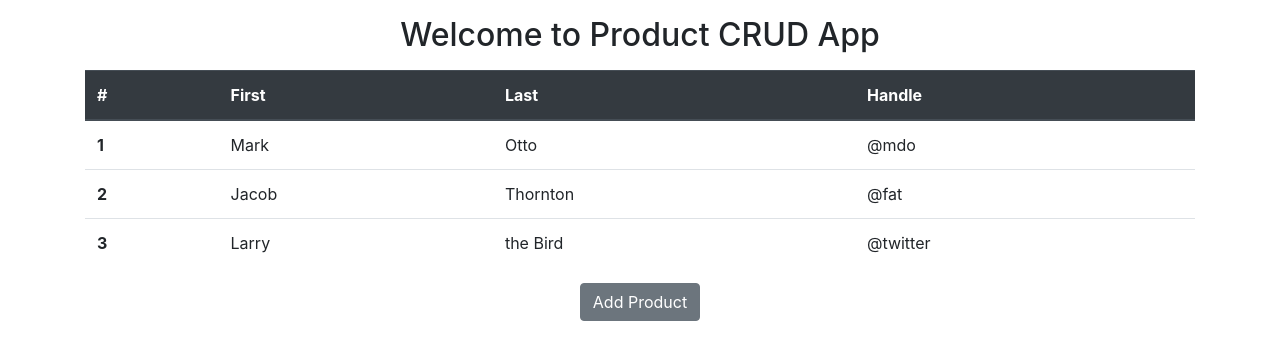
Repository: saroj789/Spring-Practice
Page: http://localhost/productcrudapp/WEB-INF/views/home.jsp
These files come from the project's save history. The page is drawn as it stood at one moment and after the next save; the edit follows.
The browser window is 1280 px wide. The pictures show the whole page.
The page is served by Tomcat 9. Nobody is signed in. The template is opened directly, without the code that normally fills it, so the values that code supplies are empty.

Above is the page before, as saved 2023-07-23 08:36:12.

After the next save:
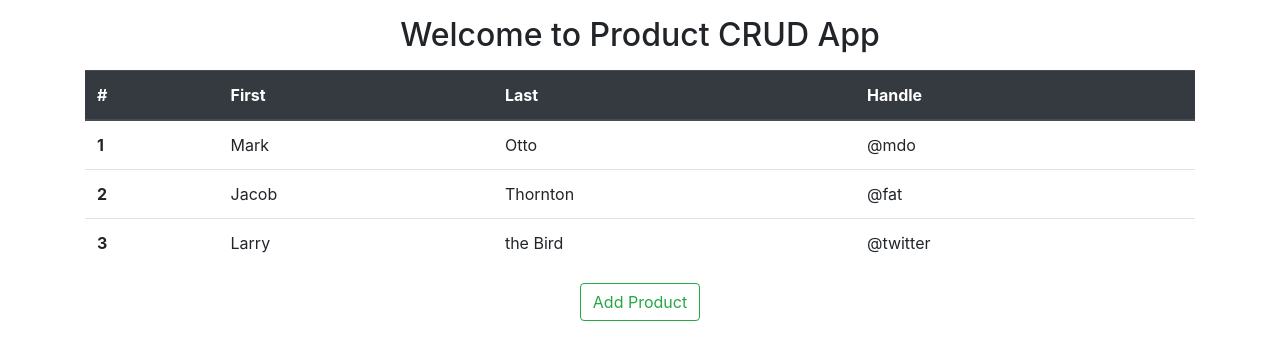
Saved 22 s later.
--- a/productcrudapp/src/main/webapp/WEB-INF/views/home.jsp
+++ b/productcrudapp/src/main/webapp/WEB-INF/views/home.jsp
@@ -45,7 +45,7 @@
 
 				<div class="container text-center">
 			      <a href="${pageContext.request.contextPath}/addproduct"
-			      	  class="btn btn-secondary">Add Product</a>
+			      	  class="btn btn-outline-success">Add Product</a>
 		     	 </div>
 			</div>
 		</div>
